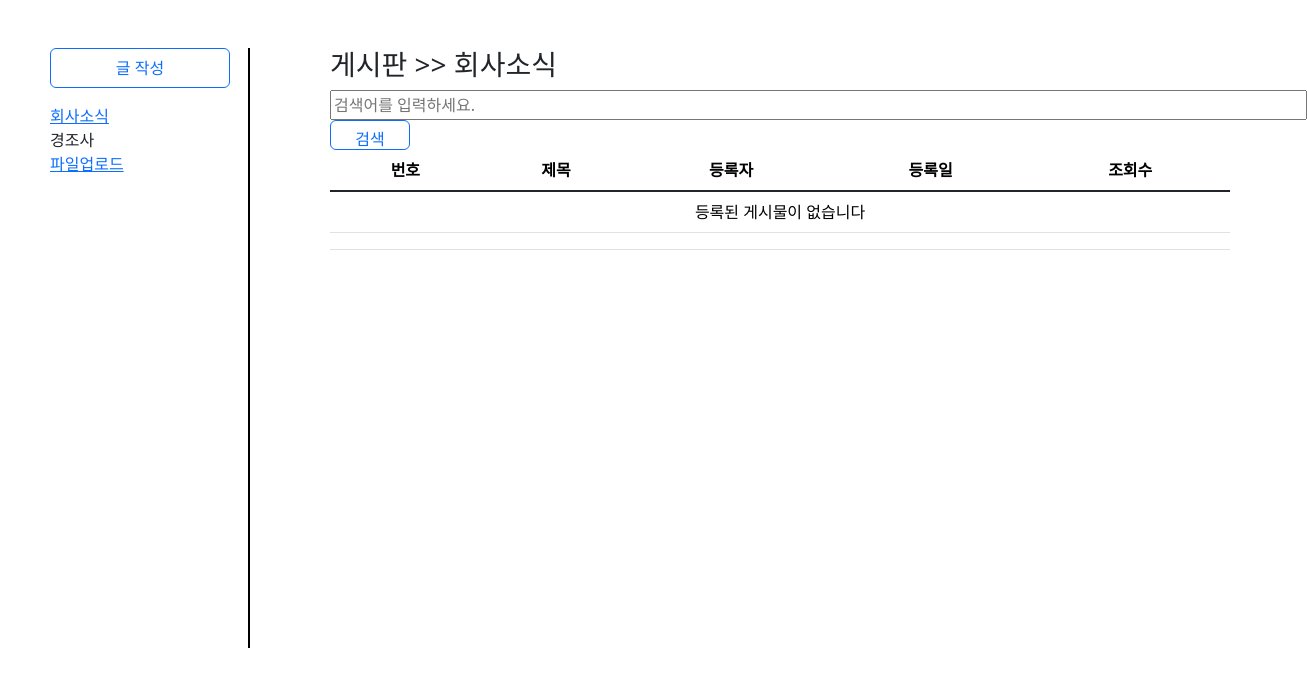
Repository: KimDongGyuu/final
Page: http://localhost/aceworks/WEB-INF/views/company_news/company_news_List.jsp
An editor plug-in stored every save of this project. The page is shown before and after a run of saves, followed by the edit.
The browser window is 1280 px wide. The page is 1307 px wide, then 1280 px, so the pictures cover 1307 px, including what lies to the right of the window. The pictures show the whole page.
The page is served by Tomcat 9. Nobody is signed in. Other server files are loaded and not shown. The template is opened directly, without the code that normally fills it, so the values that code supplies are empty.

Above is the page before, as saved 2024-03-16 13:21:01.

### aceworks/src/main/webapp/WEB-INF/views/company_news/company_news_List.jsp
<%@ page language="java" contentType="text/html; charset=UTF-8"
	pageEncoding="UTF-8"%>
<%@ include file="/WEB-INF/views/include/style.jsp"%>
<%@ taglib uri="http://java.sun.com/jsp/jstl/core" prefix="c"%>
<!DOCTYPE html>
<html>
<head>
<meta charset="UTF-8">
<title>Insert title here</title>
<style>
#left {
	width: 200px;
	height: 600px;
	float: left;
	border-right: 2px solid black;
	margin-left: 50px;
}

#right {
	width: 900px;
	height: 600px;
	margin-left: 330px;
}

#bt {
	width: 180px;
	height: 40px;
}

#Sbt {
	width: 80px;
	height: 30px;
}

h3 {
	text-align: center;
}
</style>
</head>
<body>


	<div>
		<div id="left">
			<button id="bt" type="button" class="btn btn-outline-primary"
				onclick="location.href='company_news_Writeform.do';">글 작성</button>
<div class="mt-3"><a href="company_news_List.do">회사소식</a> <br> 경조사 <br><a href="fileUploadForm.do">파일업로드</a></div>
		</div>
		<div id="right">
		<div class="mt-5 mb-2"><span class="h3">게시판 &gt;&gt; 회사소식</span></div>
<div>
    <form action="company_newsSearch.do">
        <input type="text" id="searchKeyword" name="keyword" placeholder="검색어를 입력하세요." size="100">
        <button id="Sbt" type="submit" class="btn btn-outline-primary">검색</button>
    </form>
</div>
			<table width="1000" cellspacing="0" class="table table-hover">
				<thead>
					<tr align="center">
						<th scope="col">번호</th>
						<th scope="col">제목</th>
						<th scope="col">등록자</th>
						<th scope="col">등록일</th>
						<th scope="col">조회수</th>
					</tr>
				</thead>

				<tbody class="table-group-divider">
			<c:if test="${empty lists }">
				<tr>
					<td colspan="5" align="center">등록된 게시물이 없습니다</td>
				</tr>
			</c:if>

			<c:forEach var="dto" items="${lists }">
			<tr class="text-center">
			<th scope="row">${dto.news_idx }</th>
			<c:url var="company_newsContentUrl" value="company_news_Content.do">
				<c:param name="news_idx">${dto.news_idx }</c:param>
			</c:url>
			<td><a href="${company_newsContentUrl }">${dto.news_title }</a></td>
			<td>${dto.news_writer }</td>
			<td>${dto.news_writedate }</td>
			<td>${dto.news_readnum }</td>
			</tr>
			</c:forEach>
				</tbody>

				<tfoot>
					<tr>
						<td colspan="5" align="center">${pageStr }</td>
					</tr>
				</tfoot>
			</table>
		</div>
	</div>
</body>
</html>

### aceworks/src/main/webapp/WEB-INF/views/include/style.jsp
<%@ page language="java" contentType="text/html; charset=UTF-8"
    pageEncoding="UTF-8"%>
<!DOCTYPE html>
<html>
<head>
<meta charset="UTF-8">
<title>Insert title here</title>
<link
   href="https://cdn.jsdelivr.net/npm/bootstrap@5.3.3/dist/css/bootstrap.min.css"
   rel="stylesheet"
   integrity="sha384-QWTKZyjpPEjISv5WaRU9OFeRpok6YctnYmDr5pNlyT2bRjXh0JMhjY6hW+ALEwIH"
   crossorigin="anonymous">
<script
   src="https://cdn.jsdelivr.net/npm/bootstrap@5.3.3/dist/js/bootstrap.bundle.min.js"
   integrity="sha384-YvpcrYf0tY3lHB60NNkmXc5s9fDVZLESaAA55NDzOxhy9GkcIdslK1eN7N6jIeHz"
   crossorigin="anonymous"></script>
<script
   src="https://cdn.jsdelivr.net/npm/@popperjs/core@2.11.8/dist/umd/popper.min.js"
   integrity="sha384-I7E8VVD/ismYTF4hNIPjVp/Zjvgyol6VFvRkX/vR+Vc4jQkC+hVqc2pM8ODewa9r"
   crossorigin="anonymous"></script>
<script
   src="https://cdn.jsdelivr.net/npm/bootstrap@5.3.3/dist/js/bootstrap.min.js"
   integrity="sha384-0pUGZvbkm6XF6gxjEnlmuGrJXVbNuzT9qBBavbLwCsOGabYfZo0T0to5eqruptLy"
   crossorigin="anonymous"></script>
</head>
<body>

</body>
</html>

After the next 2 saves:
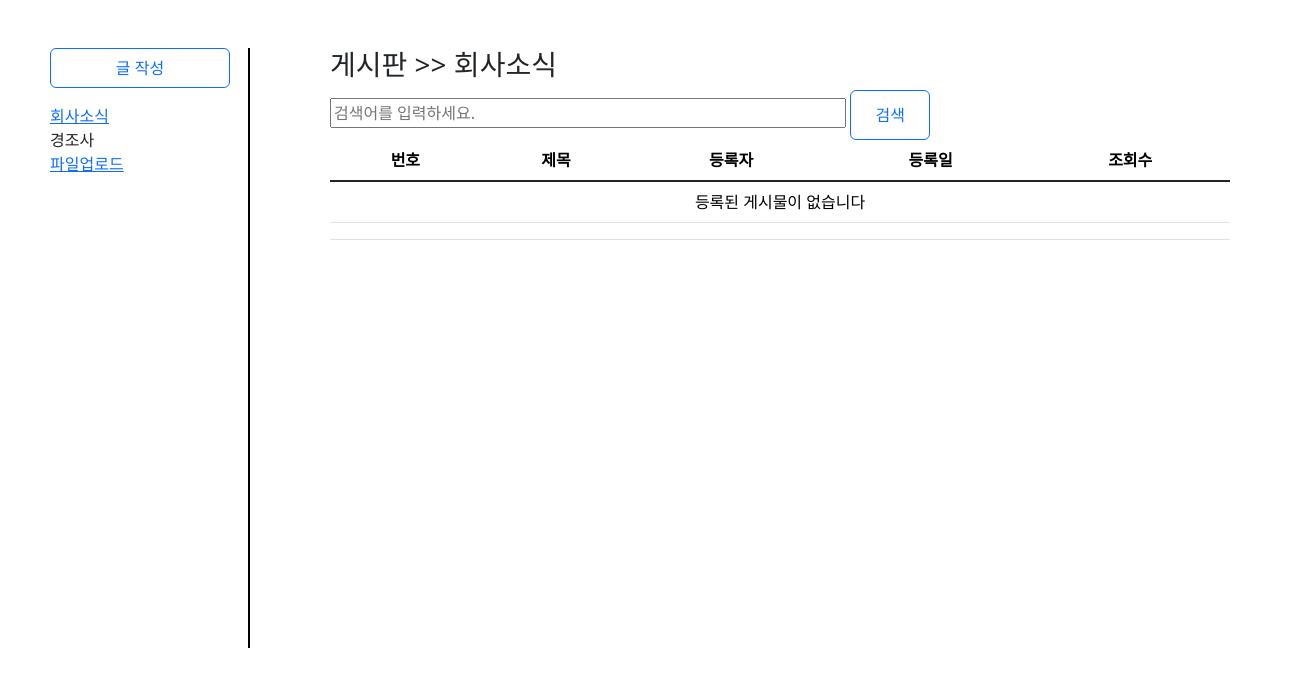
The 2 saves are shown as one change because they came seconds apart.
The last was saved 23 s later.
--- a/aceworks/src/main/webapp/WEB-INF/views/company_news/company_news_List.jsp
+++ b/aceworks/src/main/webapp/WEB-INF/views/company_news/company_news_List.jsp
@@ -29,7 +29,7 @@
 
 #Sbt {
 	width: 80px;
-	height: 30px;
+	height: 50px;
 }
 
 h3 {
@@ -50,7 +50,7 @@ h3 {
 		<div class="mt-5 mb-2"><span class="h3">게시판 &gt;&gt; 회사소식</span></div>
 <div>
     <form action="company_newsSearch.do">
-        <input type="text" id="searchKeyword" name="keyword" placeholder="검색어를 입력하세요." size="100">
+        <input type="text" id="searchKeyword" name="keyword" placeholder="검색어를 입력하세요." size="50">
         <button id="Sbt" type="submit" class="btn btn-outline-primary">검색</button>
     </form>
 </div>
